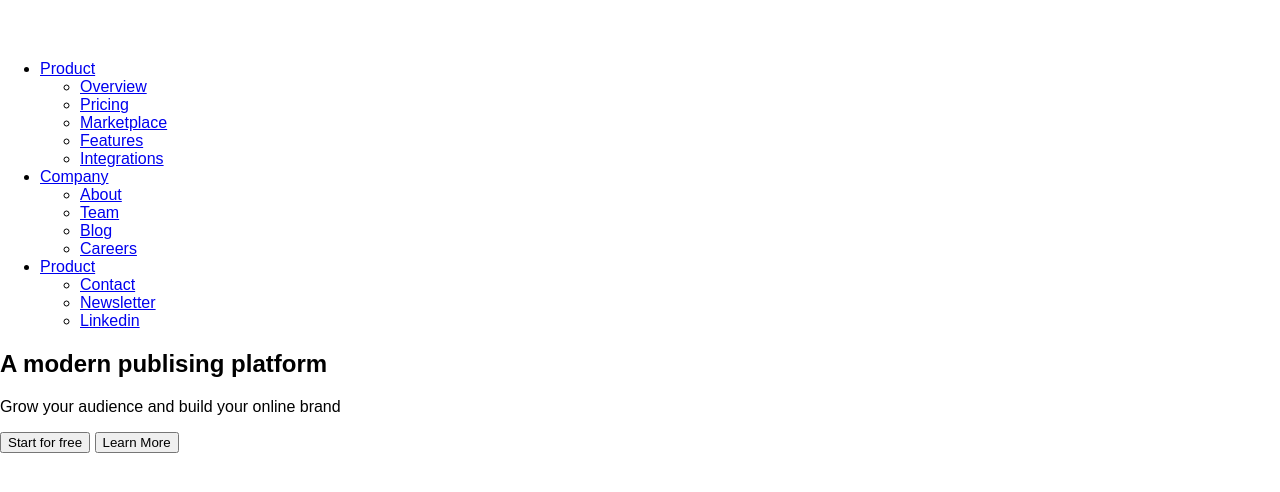
Repository: rbrene/blogr-landing-page
Page: public/index.html
The author's editor kept a copy of each file at every save. The page is drawn from the files as they stood at one save, then again after the next save.
The browser window is 1280 px wide. The pictures show the whole page.
The style sheet was rebuilt from its Sass, Less or Tailwind sources for each picture, by a compiler version that may differ from the author's.

Above is the page before, as saved 2022-07-04 02:09:37.

After the next save:
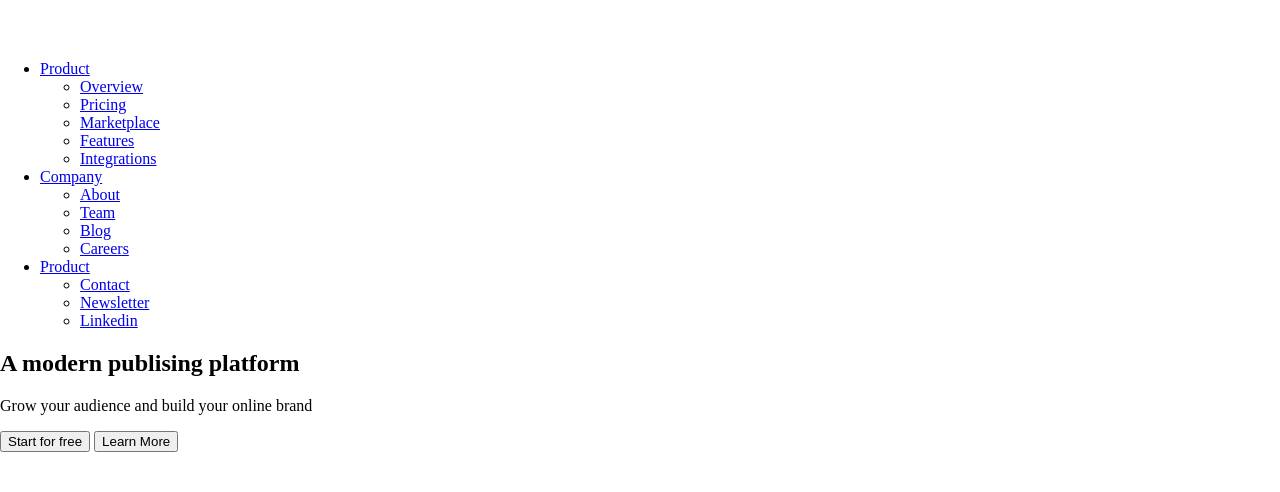
Saved 25 s later.
--- a/styles/scss/globals/_boilerplate.scss
+++ b/styles/scss/globals/_boilerplate.scss
@@ -17,7 +17,5 @@
     height: 100%;
     margin: 0;
     padding: 0;
-    font-size: f.rem(16);
-    font-family: 'Overpass', sans-serif;
     z-index: 0;
 }

After the 6 saves that followed:
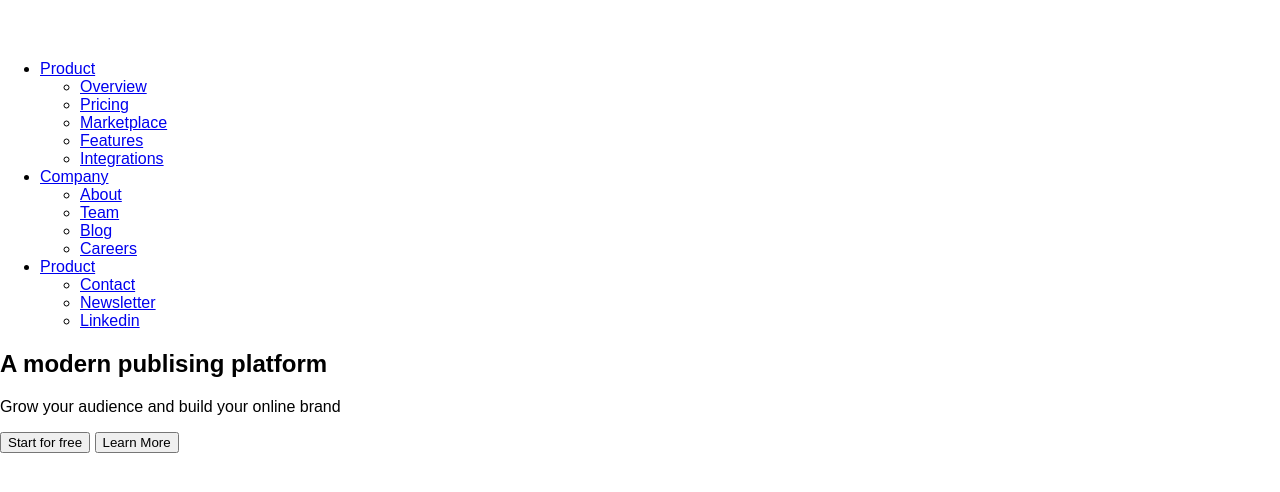
The 6 saves are shown as one change because they came seconds apart.
The last was saved 18 s later.
--- a/styles/scss/globals/_boilerplate.scss
+++ b/styles/scss/globals/_boilerplate.scss
@@ -17,5 +17,7 @@
     height: 100%;
     margin: 0;
     padding: 0;
+    font-size: f.rem(16);
+    font-family: 'Overpass', sans-serif;
     z-index: 0;
 }
